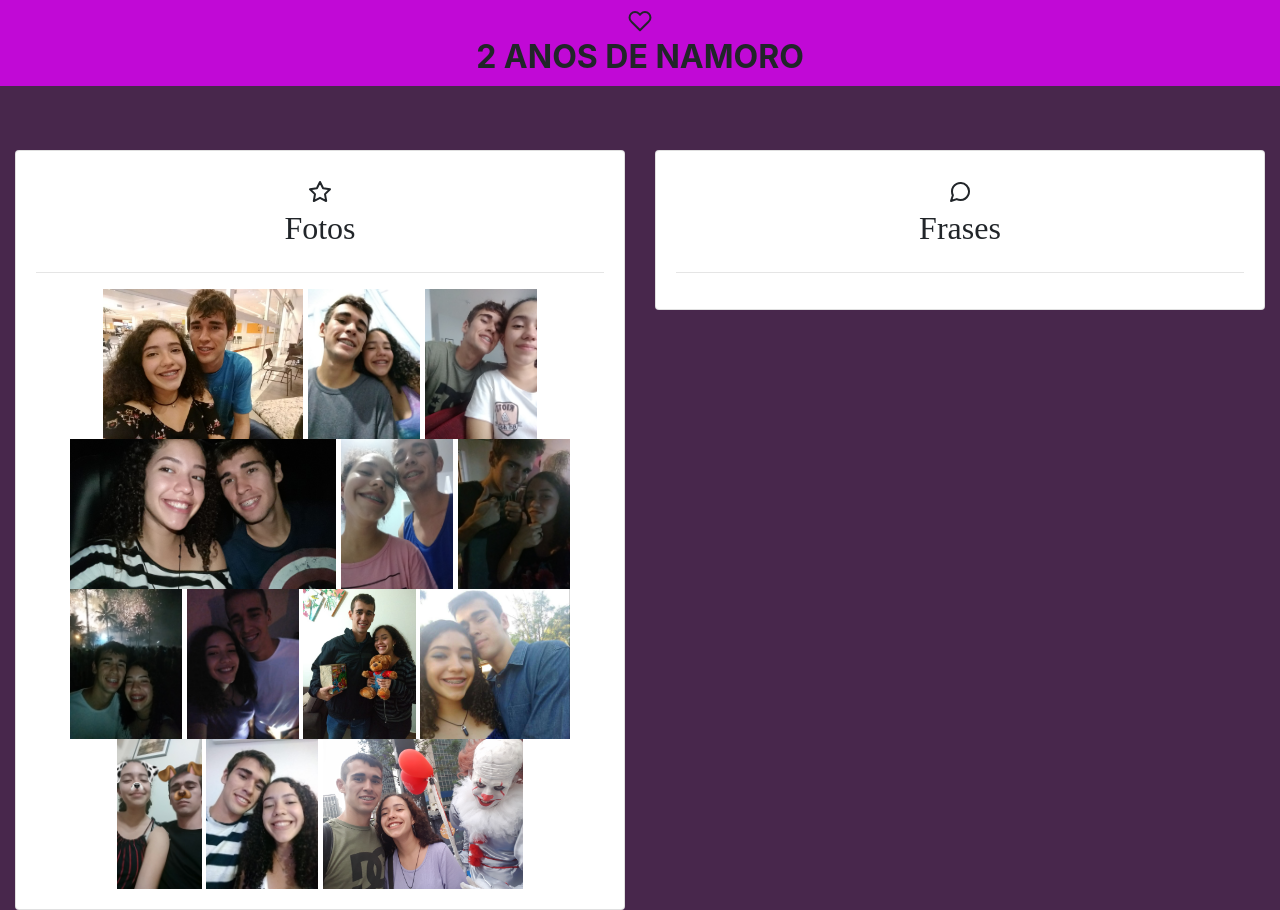
Repository: MeuAmor/meuamor.github.io
Page: index.html
These files come from the project's save history. The page is drawn as it stood at one moment and after the next save; the edit follows.
The browser window is 1280 px wide. The pictures show the whole page.

Above is the page before, as saved 2019-08-20 23:14:41.

After the next save:
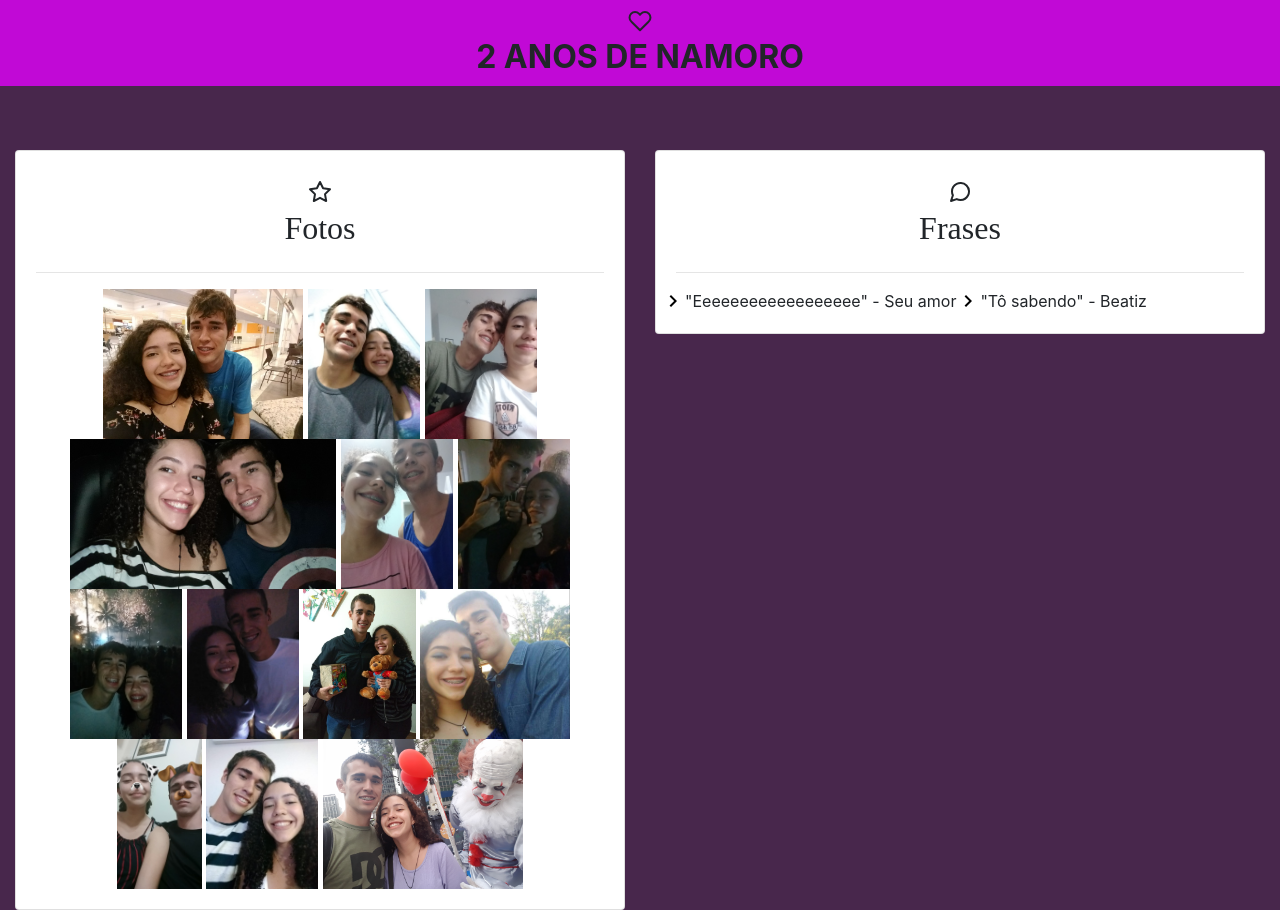
Saved 2 min 18 s later.
--- a/index.html
+++ b/index.html
@@ -121,8 +121,16 @@
             </h2>
 			<hr>
             <div class="row">
-
-
+                    <svg xmlns="http://www.w3.org/2000/svg" width="24" height="24" viewBox="0 0 24 24">
+                        <path d="M8.59 16.59L13.17 12 8.59 7.41 10 6l6 6-6 6-1.41-1.41z"/>
+                        <path fill="none" d="M0 0h24v24H0V0z"/>
+                    </svg>
+                    "Eeeeeeeeeeeeeeeeee" - Seu amor<br>
+                    <svg xmlns="http://www.w3.org/2000/svg" width="24" height="24" viewBox="0 0 24 24">
+                        <path d="M8.59 16.59L13.17 12 8.59 7.41 10 6l6 6-6 6-1.41-1.41z"/>
+                        <path fill="none" d="M0 0h24v24H0V0z"/>
+                    </svg>
+                    "Tô sabendo" - Beatiz<br>
             </div>
         </div>
 
